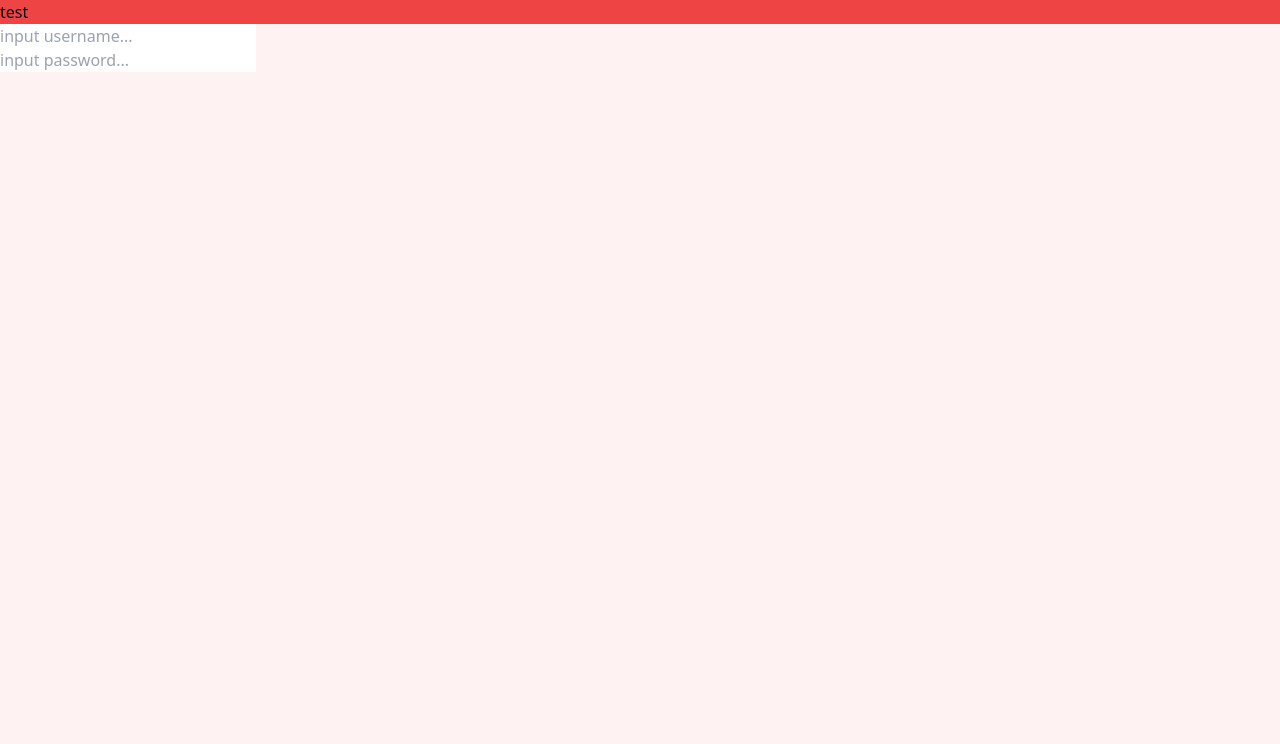
Repository: HAONANTAO/MERN_chat_app
Page: / (app in client/)
An editor plug-in stored every save of this project. The page is shown before and after a run of saves, followed by the edit.
The browser window is 1280 px wide. The pictures show the whole page.
The project was rebuilt for these pictures with package versions that can differ from the ones it lists, and the page was loaded fresh each time. Also part of the build but not shown: client/vite.config.js.

Above is the page before, as saved 2024-03-18 15:25:05.

### client/src/App.jsx
import Register from "./Register";

function App() {
  return (
    <>
      <div className="bg-red-500">test</div>
      <Register></Register>
    </>
  );
}

export default App;

### client/src/Register.jsx
import React from "react";

const Register = () => {
  return (
    <div className="bg-red-50 h-screen">
      <form className="w-64">
        <input
          type="text"
          placeholder="input username..."
          className="block w-full"></input>
        <input
          type="password"
          placeholder="input password..."
          className="block w-full"></input>
      </form>
    </div>
  );
};

export default Register;

### client/tailwind.config.js
/** @type {import('tailwindcss').Config} */
export default {
  content: ["./src/*.jsx"],
  theme: {
    extend: {},
  },
  plugins: [],
};

Loaded but not shown: client/index.html (common file); client/src/main.jsx (common file); client/src/index.css (common file)

After the next 4 saves:
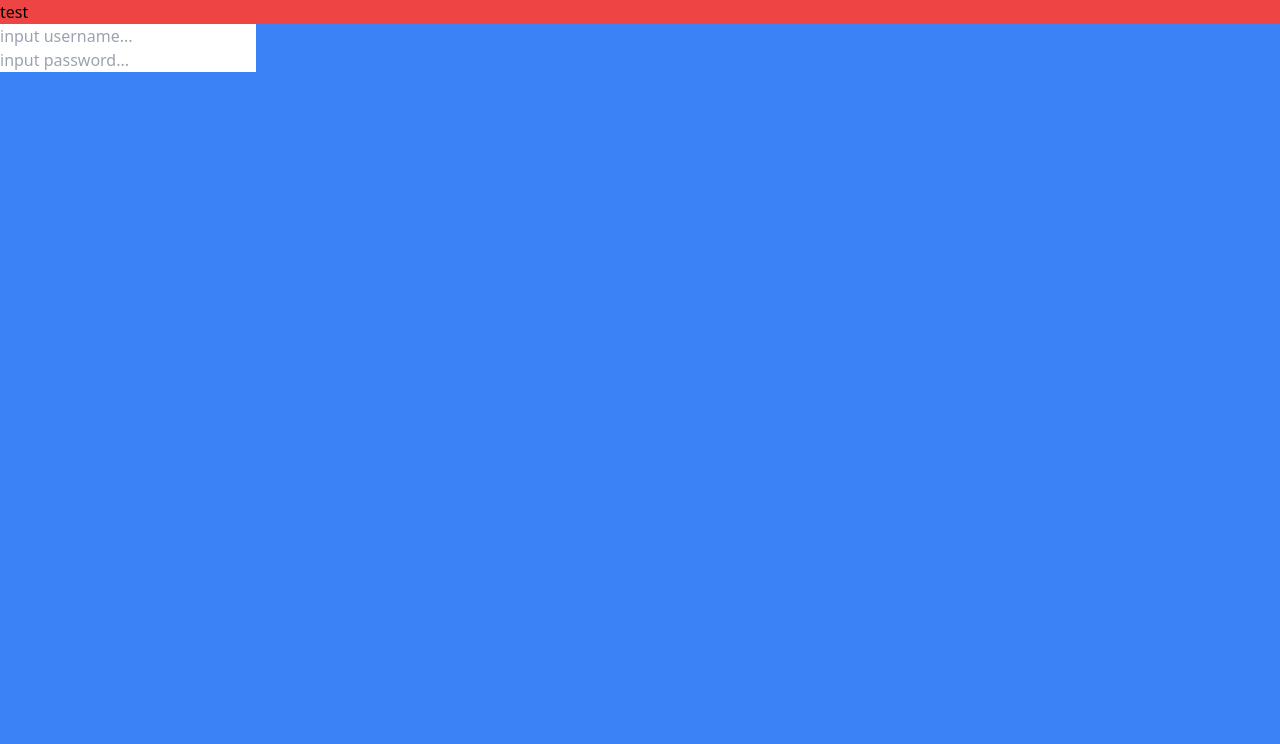
The 4 saves are shown as one change because they came seconds apart.
The last was saved 16 s later.
--- a/client/src/Register.jsx
+++ b/client/src/Register.jsx
@@ -2,7 +2,7 @@ import React from "react";
 
 const Register = () => {
   return (
-    <div className="bg-red-50 h-screen">
+    <div className="bg-blue-500 h-screen">
       <form className="w-64">
         <input
           type="text"
